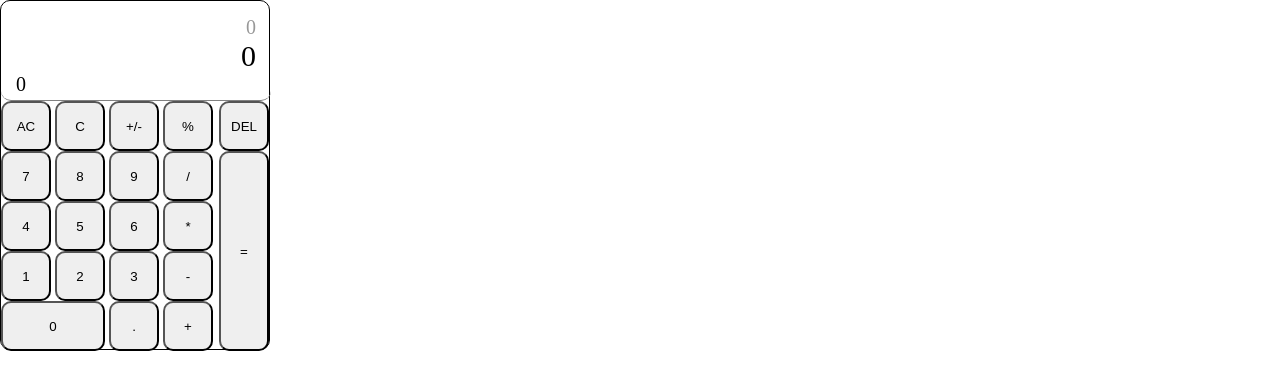
Repository: baziz22/Vanilla_JS_Projects
Page: claculator/index.html
The author's editor kept a copy of each file at every save. The page is drawn from the files as they stood at one save, then again after the next save.
The browser window is 1280 px wide. The pictures show the whole page.

Above is the page before, as saved 2022-03-02 03:08:06.
Console error: SyntaxError: Malformed arrow function parameter list

### claculator/index.html
<!DOCTYPE html>
<html lang="en">
  <head>
    <meta charset="UTF-8" />
    <meta http-equiv="X-UA-Compatible" content="IE=edge" />
    <meta name="viewport" content="width=device-width, initial-scale=1.0" />
    <link rel="stylesheet" href="style.css" />
    <script src="script.js" defer></script>
    <title>Calculator</title>
  </head>
  <body>
    <div class="container">
      <div class="wrapper">
        <div id="display">
          <div id="equation">0</div>
          <div id="total">0</div>
          <div id="temp-result">0</div>
        </div>
        <div id="buttons">
          <div id="left-side">
            <button class="btn" all-clear>AC</button>
          <button class="btn" last-entity-clear>C</button>
          <button class="btn" operation>+/-</button>
          <button class="btn" operation>%</button>
          <button class="btn" number>7</button>
          <button class="btn" number>8</button>
          <button class="btn" number>9</button>
          <button class="btn" operation>/</button>
          <button class="btn" number>4</button>
          <button class="btn" number>5</button>
          <button class="btn" number>6</button>
          <button classs="btn" operation>*</button>
          <button class="btn" number>1</button>
          <button class="btn" number>2</button>
          <button class="btn" number>3</button>
          <button class="btn" operation">-</button>
          <button class="btn" number id="btn-0">0</button>
          <button class="btn" number dot>.</button>
          <button class="btn" operation>+</button>
          </div>

          <div id="right-side">
            <button class="btn" operation>DEL</button>
            <button class="btn" equal id="equals">=</button>
          </div>












        </div>
      </div>
    </div>
  </body>
</html>

### claculator/style.css
* {
  margin: 0;
  padding: 0;
  box-sizing: border-box;
}
.wrapper {
  border: 1px solid black;
  border-radius: 10px;
  width: 270px;
  height: 350px;
}
#buttons {
  display: flex;
}
button {
  margin: 0;
  width: 50px;
  height: 50px;
  border-radius: 10px;
}
#equals {
  height: 200px;
}
#btn-0 {
  width: 104px;
}
#display {
  padding: 15px;
  width: 270px;
  height: 100px;
  text-align: right;
  border-bottom: 1px solid gray;
  border-radius: 10px;
}
#equation {
  opacity: 0.4;
  font-size: 20px;
  /* overflow: hidden; */
}
#total {
  font-size: 30px;
}
#temp-result {
  font-size: 20px;
  text-align: left;
}

### claculator/script.js
const output = document.getElementById('output');
const total = document.getElementById('total');
const reset = document.getElementById('ac');
const btn = document.querySelectorAll('.btn');
const operants = ['=', '+', '-', '*', '/'];
const equalOperation = '=';
function clear() {}
function digitDelete() {}
const operantValue = function (arg, operant) {
  let theOperant = '';
  //console.log('args: ', arg);
  operant.forEach((element, i) => {
    //console.log(i + '. ' + element);
    //console.log('opernat: ', operant);
    if (operant[i] === arg[0]) {
      console.log('this is the operant', operant[i]);
      theOperant = operant[i];
    }
  });
  return theOperant;
};

function appendNumber(d) {
  let digits = [];
  let saveOperants = [];
  let saveDigits = [];
  let outputContents = '';
  console.log('print: ', d);
  if (d.value !== equalOperation) {
    digits.push(d.value);
    let g = operantValue(digits, operants);
    console.log('g: ', g);
    //console.log('digits: ', digits);
    output.innerHTML += digits;
    if (d.value !== g) {
      outputContents += output.textContent;
      console.log(outputContents);
      //saveOutputDigit = outputContents;
      //console.log('s: ',saveOutputDigit);
      out = outputContents.concat();
      console.log('out: ', out);
    }
    if (d.value === g) {
      outputContents = '';
      //saveOutputDigit = '';
      saveOperants.push(g);
      saveDigits.push(Number(out));
      console.log('2. OutputContents: ', out);
      console.log('saveDigits: ', saveDigits);
      //reset outputContent\
      console.log('saveOperants: ', saveOperants);
      //operantValue(digits, operants);
    }
  } else {
    compute();
  }
}
function chooseOperation(operation) {}
function compute() {
  console.log('Final Result');
}
function updateDisplay() {}
let out = '';
let saveOutputDigit = '';


  btn.forEach(element => {
    element.addEventListener('click', appendNumber(element) => {element.value});
  });

After the next save:
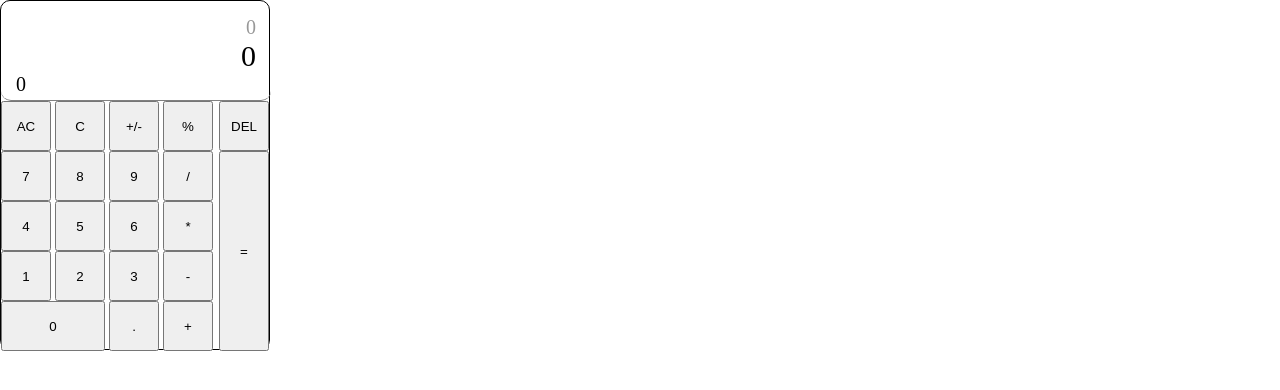
Saved 37 s later.
--- a/claculator/style.css
+++ b/claculator/style.css
@@ -16,7 +16,6 @@ button {
   margin: 0;
   width: 50px;
   height: 50px;
-  border-radius: 10px;
 }
 #equals {
   height: 200px;
